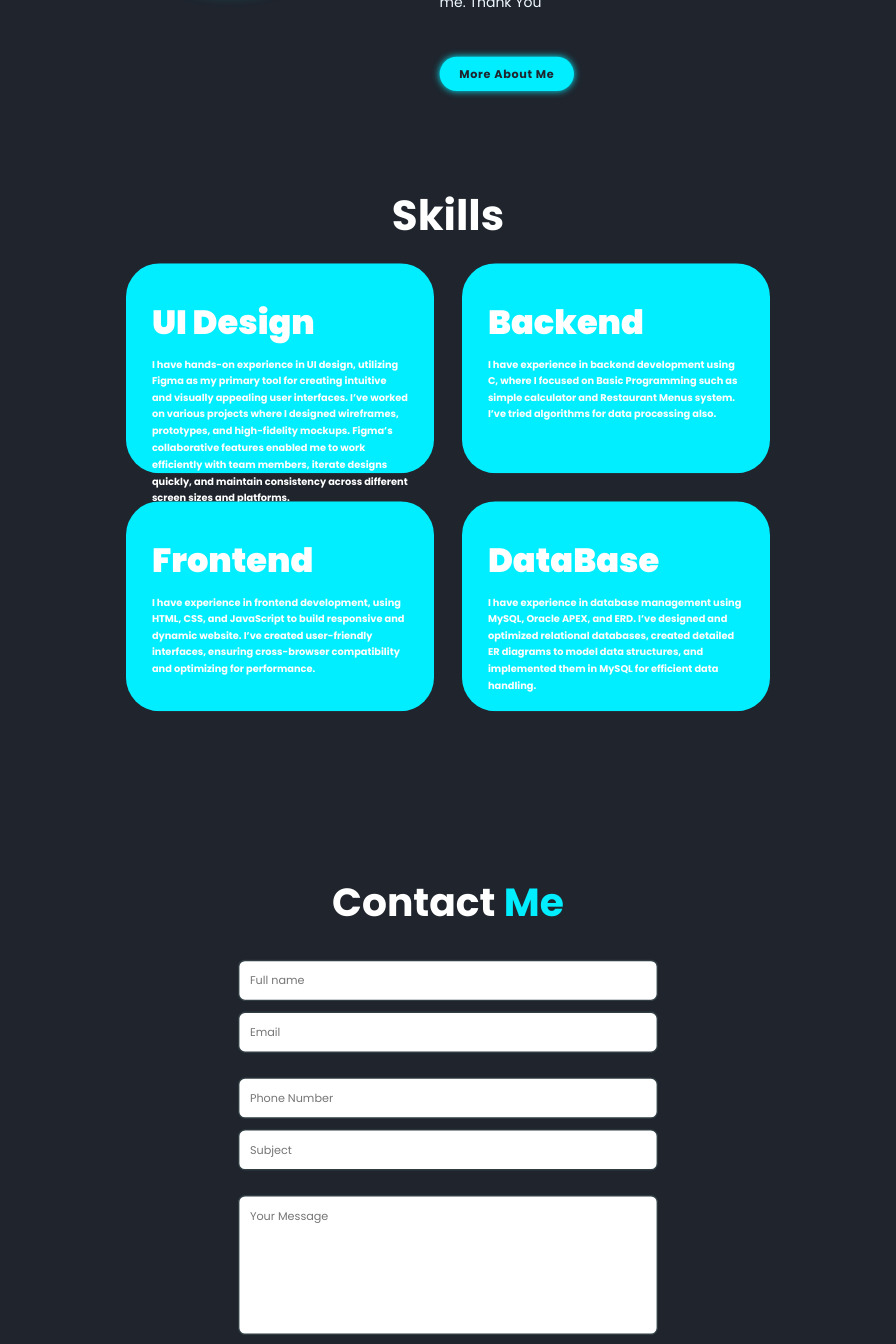
Repository: Olovrelvino/personalWebsite-HtmlCssJs-project
Page: main.html
These files come from the project's save history. The page is drawn as it stood at one moment and after a run of saves; the edit follows.
The browser window is 1280 px wide. The pictures show the part of the page from y = 1263 to 3183 px (the page is 3573 px tall before and 3513 px after), at 70% of full size.
Some web libraries are served in a nearby version.

Above is the page before, as saved 2024-09-23 22:55:30.

### main.html
<!DOCTYPE html>
<html lang="en">
<head>
    <meta charset="UTF-8">
    <meta name="viewport" content="width=device-width, initial-scale=1.0">
    <title>Oliver's Portofolio</title>
    <link href='https://unpkg.com/boxicons@2.1.4/css/boxicons.min.css' rel='stylesheet'>
    <link rel="stylesheet" href="style.css">
</head>

<body>

    <!-- NAVBAR SECTION -->
    <header class="header">
        <a href="#" class="logo">Portofolio.</a>

        <nav class="navbar">
          <div class="hamburger-menu">
            <div class="bar"></div>
            <div class="bar"></div>
            <div class="bar"></div>
          </div>
          <ul class="nav-menu">
            <li><a href="#home" class="nav-links" style="--i:1;">Home</a></li>
            <li><a href="#about" class="nav-links" style="--i:2;">About</a></li>
            <li><a href="#Skills" class="nav-links" style="--i:3;">Skills</a></li>
            <li><a href="portofolio.html" class="nav-links" style="--i:4;">Portofolio</a></li>
            <li><a href="#contact" class="nav-links" style="--i:5;">Contact</a></li>
          </ul>
        </nav>
      </header>

      <!-- HOME SECTION -->
      <section id="home" class="section home">
        <div class="home-content">
          <h3>Hi, It's your boy</h3>
          <h1>Oliver Elvino Putra Pratama</h1>
          <h3>And I'm a <span class="multiple-text"></span></h3>
          <p>Hello guys, How's it going, it's your boy Oliver. Welcome to my personal website. This website will tell you about my portfolio, my background stories, and more. So once again welcome to my website and don't forget to follow me on social media. Nice to meet ya!</p>
          <div class="social-media">
            <a href="#" style="--i:7;"><i class="bx bxl-facebook"></i></a>
            <a href="#" style="--i:8;"><i class='bx bxl-discord-alt'></i></a>
            <a href="#" style="--i:9;"><i class="bx bxl-instagram"></i></a>
            <a href="#" style="--i:10;"><i class="bx bxl-linkedin"></i></a>
          </div>
          <a href="#" class="btn">Visit Works</a>
        </div>
        <div class="home-img">
          <img src="imagePW.png" alt="Oliver Elvino">
        </div>
      </section>

    <!-- ABOUT SECTION -->
     <section class="about" id="about">
        <div class="about-img">
            <img src="vino2.jpg">
        </div>
        <div class="about-text">
            <h2>About <span>Me</span></h2>
            <h4>Oliver Elvino Putra Pratama</h4>
            <P>Hello Let me introduce myself, my name is Oliver Elvino Putra Pratama, you can call me Vino or Oliver.
                So I'm a Student of University Christian Satya Wacana, this is my third year on college. What did I learn? I learn so many things about IT major,
                basically such as Webiste Programing, Human Computer Intercation, Object Oriented Programing,
                Machine Learning, Deep Learning, and etc. And now I'm focus on Data Science major, because I think data is very important but
                beside that I also learning about frontend, such like this things, is literally fun and satisfy. I think that's enough about me. Thank You
            </P>
            <a href="#" class="btn-content">More About Me</a>
        </div>
     </section>

     <!-- SKILLS SECTION -->
     <section class="Skills" id="Skills">
        <div class="skills-text">
            <h2>Skills</h2>
        </div>

        <div class="Skills-container">
            <div class="Skills-box">
                <div class="Skills-info">
                    <h4>UI Design</h4>
                    <p>I have hands-on experience in UI design, utilizing Figma as my primary tool for creating intuitive and visually appealing user interfaces.
                        I’ve worked on various projects where I designed wireframes, prototypes, and high-fidelity mockups. Figma’s collaborative features enabled me to work efficiently with team members,
                        iterate designs quickly, and maintain consistency across different screen sizes and platforms.
                    </p>
                </div>
            </div>

            <div class="Skills-box">
                <div class="Skills-info">
                    <h4>Backend</h4>
                    <p>I have experience in backend development using C,
                        where I focused on Basic Programming such as simple calculator and Restaurant Menus system.
                        I’ve tried algorithms for data processing also.
                    </p>
                </div>
            </div>

            <div class="Skills-box">
                <div class="Skills-info">
                    <h4>Frontend</h4>
                    <p>
                        I have experience in frontend development, using HTML, CSS, and JavaScript to build responsive and dynamic website.
                        I’ve created user-friendly interfaces, ensuring cross-browser compatibility and optimizing for performance.
                    </p>
                </div>
            </div>

            <div class="Skills-box">
                <div class="Skills-info">
                    <h4>DataBase</h4>
                    <p>
                        I have experience in database management using MySQL, Oracle APEX, and ERD.
                        I’ve designed and optimized relational databases, created detailed ER diagrams to model data structures,
                        and implemented them in MySQL for efficient data handling.
                    </p>
                </div>
            </div>
        </div>
     </section>

     <!-- CONTACT SECTION -->
     <section class="contact" id="contact">
        <h2 class="heading">Contact <span class="highlight">Me</span></h2>

        <form action="">
            <div class="input-group">
                <div class="input-box">
                    <input type="text" placeholder="Full name">
                    <input type="email" placeholder="Email">
                </div>
                <div class="input-box">
                    <input type="number" placeholder="Phone Number">
                    <input type="text" placeholder="Subject">
                </div>
            </div>

            <div class="input-group-2">
                <textarea name="" id="" cols="30" rows="10" placeholder="Your Message"></textarea>
                <input type="submit" value="Send Message" class="btn-contact">
            </div>
        </form>
     </section>

     <!-- FOOTER SECTION -->
     <footer class="footer">
        <div class="social">
            <a href="#" style="--i:7;"><i class='bx bxl-instagram'></i></a>
            <a href="#" style="--i:8;"><i class='bx bxl-facebook' ></i></a>
            <a href="#" style="--i:9;"><i class='bx bxl-discord-alt' ></i></a>
            <a href="#" style="--i:10;"><i class='bx bxl-github'></i></a>
        </div>

        <ul class="list">
            <li>
                <a href="#">FAQ</a>
            </li>

            <li>
                <a href="#">About</a>
            </li>

            <li>
                <a href="#">Portfolio</a>
            </li>

            <li>
                <a href="#">Contact</a>
            </li>
            <p class="copyright">
                © Oliver Elvino | All Right Reserved
            </p>
        </ul>
     </footer>

    <script src="https://unpkg.com/typed.js@2.1.0/dist/typed.umd.js"></script>
    <script src="script.js"></script>
</body>
</html>

### style.css
@import url('https://fonts.googleapis.com/css?family=Poppins:400,700,900');

* {
    margin: 0;
    padding: 0;
    border: none;
    outline: none;
    scroll-behavior: smooth;
    box-sizing: border-box;
    font-family: 'Poppins', sans-serif;
}

body {
    background: #1f242d;
    color: #fff;
    overflow-x: hidden;

}

.header {
    position: fixed;
    top: 0;
    left: 0;
    width: 100%;
    padding: 15px 5%;
    background: rgba(0, 0, 0, 0.3);
    backdrop-filter: blur(10px);
    display: flex;
    justify-content: space-between;
    align-items: center;
    z-index: 100;
  }

  .logo {
    font-size: 1.5rem;
    color: #fff;
    text-decoration: none;
    font-weight: 600;
  }

  .navbar {
    display: flex;
    align-items: center;
  }

  .nav-menu {
    display: flex;
    list-style: none;
  }

  .nav-links {
    font-size: 1rem;
    color: #fff;
    text-decoration: none;
    font-weight: 500;
    margin-left: 35px;
    transition: .3s;
  }

  .nav-links:hover,
  .nav-links.active {
    color: #0ef;
  }

  .hamburger-menu {
    display: none;
    cursor: pointer;
  }

  .bar {
    display: block;
    width: 25px;
    height: 3px;
    margin: 5px auto;
    transition: all 0.3s ease-in-out;
    background-color: #fff;
  }

  @media screen and (max-width: 768px) {
    .hamburger-menu {
      display: block;
    }

    .hamburger-menu.active .bar:nth-child(2) {
      opacity: 0;
    }

    .hamburger-menu.active .bar:nth-child(1) {
      transform: translateY(8px) rotate(45deg);
    }

    .hamburger-menu.active .bar:nth-child(3) {
      transform: translateY(-8px) rotate(-45deg);
    }

    .nav-menu {
      position: fixed;
      left: -100%;
      top: 70px;
      gap: 0;
      flex-direction: column;
      background-color: rgba(0, 0, 0, 0.8);
      width: 100%;
      text-align: center;
      transition: 0.3s;
    }

    .nav-links {
      margin: 16px 0;
    }

    .nav-menu.active {
      left: 0;
    }
  }

  .home {
    min-height: 100vh;
    padding: 100px 5% 0;
    display: flex;
    justify-content: center;
    align-items: center;
    flex-direction: column-reverse;
  }

  .home-content {
    max-width: 100%;
    text-align: center;
  }

  .home-content h3 {
    font-size: 2rem;
    font-weight: 700;
    opacity: 0;
    animation: slideBottom 1s ease forwards;
    animation-delay: .7s;
  }

  .home-content h3 span {
    color:#0ef;
  }

  .home-content h3:nth-of-type(2) {
    margin-bottom: 20px;
    animation: slideTop 1s ease forwards;
    animation-delay: .7s;
  }

  .home-content h1 {
    font-size: 2.5rem;
    font-weight: 600;
    margin: 15px 0;
    opacity: 0;
    animation: slideRight 1s ease forwards;
    animation-delay: 1s;
  }

  .home-content p {
    font-size: 1rem;
    margin-bottom: 30px;
    opacity: 0;
    animation: slideLeft 1s ease forwards;
    animation-delay: 1s;
  }

  .home-img img {
    max-width: 300px;
    width: 100%;
    height: auto;
    border-radius: 50%;
    box-shadow: 0 0 10px #0ef;
    margin-bottom: 30px;
    opacity: 0;
    animation: zoomIn 1s ease forwards, floatImage 4s ease-in-out infinite;
    animation-delay: 2s, 3s;
  }

  .social-media {
    display: flex;
    justify-content: center;
    flex-wrap: wrap;
    margin-bottom: 20px;
  }

  .social-media a {
    display: inline-flex;
    justify-content: center;
    align-items: center;
    width: 40px;
    height: 40px;
    background: transparent;
    border: 2px solid #0ef;
    border-radius: 50%;
    font-size: 20px;
    color: #0ef;
    text-decoration: none;
    margin: 10px;
    transition: .5s ease;
    opacity: 0;
    animation: slideLeft 1s ease forwards;
    animation-delay: calc(.2s * var(--i));
  }

  .social-media a:hover {
    background: #0ef;
    color: #1f242d;
    box-shadow: 0 0 20px #0ef;
  }

  .btn {
    display: inline-block;
    padding: 12px 28px;
    background: #0ef;
    border-radius: 40px;
    box-shadow: 0 0 10px #0ef;
    font-size: 16px;
    color: #1f242d;
    letter-spacing: 1px;
    text-decoration: none;
    font-weight: 600;
    opacity: 0;
    animation: slideTop 1s ease forwards;
    animation-delay: 2s;
  }

  @media screen and (min-width: 768px) {
    .home {
      flex-direction: row;
      justify-content: space-between;
      text-align: left;
      padding: 100px 10% 0;
    }

    .home-content {
      max-width: 50%;
      text-align: left;
    }

    .home-content h1 {
      font-size: 3.5rem;
    }

    .home-content p {
      font-size: 1.1rem;
    }

    .home-img img {
      max-width: 400px;
      margin-bottom: 0;
    }

    .social-media {
      justify-content: flex-start;
    }
  }

  @media screen and (min-width: 1024px) {
    .home-content h1 {
      font-size: 4rem;
    }

    .home-content p {
      font-size: 1.2rem;
    }

    .home-img img {
      max-width: 450px;
    }
  }


.about {
    position: relative;
    width: 100%;
    height: 80vh;
    display: flex;
    justify-content: space-between;
    gap: 100px;
    align-items: center;
    padding: 10% 10% 0;
    padding-top: 10px;
}

.about-img img {
    margin-bottom: 30px;
    max-width: 400px;
    border-radius: 50%;
    box-shadow: 0 0 25px #0ef;
    cursor: pointer;
    transition: 0.4s ease-in-out;

}

.about-img img:hover {
    box-shadow: 0 0 25px #0ef,
                0 0 50px #0ef,
                0 0 100px #0ef;

}

.about-text h2 {
    font-size: 60px;
}

.about-text h2 span {
    color:#0ef;
}

.about-text h4 {
    font-size: 29px;
    font-weight: 600;
    color:#fff;
    line-height: 1.7;
    margin: 15px 0 30px;

}

.about-text p {
    color: aliceblue;
    font-size: 20px;
    line-height: 1.4;
    margin-bottom: 4rem;

}

.btn-content {
    display: inline-block;
    padding: 12px 28px;
    background: #0ef;
    border-radius: 40px;
    box-shadow: 0 0 10px #0ef;
    font-size: 16px;
    color: #1f242d;
    letter-spacing: 1px;
    text-decoration: none;
    font-weight: 600;
}

.Skills {
    margin: 180px;
}

.skills-text h2 {
    margin-bottom: 1.5rem;
    font-size: 60px;
    text-align: center;
    color: #fff;
}

.Skills-container {
    display: grid;
    grid-template-columns: repeat(2, 1fr);
    align-items: center;
    gap: 2.5rem;
}

.Skills-box {
    background-color:#0ef;
    height: 300px;
    border-radius: 3rem;
    border: 5px solid transparent;
    cursor: pointer;
    transition: 0.4s ease-in-out;
}

.Skills-box:hover {
    background: #fff;
    color:#1f242d;
    border: 5px solid #0ef;
    transform: scale(1.03);
}

.Skills-box .Skills-info {
    display: flex;
    flex-direction: column;
    text-align: left;
    max-height: 200px;
    justify-content: left;
    align-items: baseline;
    padding: 2rem 2rem;
}

.Skills-info h4 {
    font-size: 3rem;
    font-weight: 800;
    line-height: 2;
}

.Skills-info p {
    font-size: 14px;
    font-weight: 600;
    max-height: 100px;
    line-height: 1.7;
    margin: auto;
}

.contact {
    margin-top: 50px;
    padding: 50px 20px;
    text-align: center;
}

.contact .heading {
    font-size: 56px;
    margin-bottom: 40px;
    font-weight: 600;
}

.highlight {
    color:#0ef;
}

.input-group, .input-group-2 {
    display: block;
    width: 100%;
    max-width: 600px;
    margin: 0 auto;
}


.input-box {
    width: 100%;
    margin-bottom: 20px;
}

input, textarea {
    width: 100%;
    padding: 15px;
    font-size: 16px;
    margin-bottom: 15px;
    border: 2px solid #303d43;
    border-radius: 10px;
    box-sizing: border-box;
}


textarea {
    height: 200px;
    resize: none;
}


.btn-contact {
    display: block;
    width: 30%;
    padding: 15px;
    background-color: #0ef;
    font-size: 16px;
    border: none;
    border-radius: 5px;
    cursor: pointer;
    transition: 0.3s ease;
    margin-top: 10px;
}

.btn-contact:hover {
    color:#1f242d;
    box-shadow: 0 0 25px #0ef;
}

.footer {
    position: relative;
    bottom: 0;
    width: 100%;
    padding: 40px 0;
    background-color: rgba(0, 0, 0, 0.3);

}

.footer .social {
    text-align: center;
    padding-bottom: 25px;
    color: #0ef;

}

.footer .social a {
    font-size: 25px;
    color: #0ef;
    border: 2px solid #0ef;
    width: 42px;
    height: 42px;
    line-height: 42px;
    display: inline-block;
    text-align: center;
    border-radius: 50%;
    margin: 0 10px;
    transition: 0.3s ease-in-out;

}

.footer .social a:hover {
    transform: scale(1.2)translateY(-10px);
    background-color: #0ef;
    color:#1f242d;
    box-shadow: 0 0 25px #0ef;
}

.footer ul {
    margin-top: 0;
    padding: 0;
    font-size: 18px;
    line-height: 1.6;
    margin-bottom: 0;
    text-align: center;
}

.footer ul li a {
    color:#fff;
    border-bottom: 3px solid transparent;
    transition: 0.3s ease-in-out;
}

.footer ul li a:hover {
    border-bottom: 3px solid #0ef;
}

.footer ul li {
    display: inline-block;
    padding: 0 15px;
}

.footer .copyright {
    margin-top: 50px;
    text-align: center;
    font-size: 16px;
    color:#fff;
}


/* KEYFRAMES ANIMATION */
@keyframes slideRight {
    0% {
        transform: translateX(-100px);
        opacity: 0;
    }

    100% {
        transform: translateX(0);
        opacity: 1;
    }
}

@keyframes slideLeft {
    0% {
        transform: translateX(100px);
        opacity: 0;
    }

    100% {
        transform: translateX(0);
        opacity: 1;
    }
}

@keyframes slideTop {
    0% {
        transform: translateY(100px);
        opacity: 0;
    }

    100% {
        transform: translateY(0);
        opacity: 1;
    }
}

@keyframes slideBottom {
    0% {
        transform: translateY(-100px);
        opacity: 0;
    }

    100% {
        transform: translateY(0);
        opacity: 1;
    }
}

@keyframes zoomIn {
    0% {
        transform: scale(0);
        opacity: 0;
    }

    100% {
        transform: scale(1);
        opacity: 1;
    }
}

@keyframes floatImage {
    0% {
        transform: translateY(0);

    }
    50% {
        transform: translateY(-24px);

    }
    100% {
        transform: translateY(0);

    }
}

### script.js
var typed = new Typed(".multiple-text", {
    strings: ["Student of UKSW", "Information Technology Major", "Code Anthusiast"],
    typeSpeed: 100,
    backSpeed: 100,
    backDelay: 1000,
    loop: true
})

// document.querySelectorAll('.navbar a').forEach(anchor => {
//     anchor.addEventListener('click', function(e) {
//         const target = document.querySelector(this.getAttribute('href'));

//         // Remove 'active' class from all links
//         document.querySelectorAll('.navbar a').forEach(link => {
//             link.classList.remove('active');
//         });

//         // Add 'active' class to the clicked link
//         this.classList.add('active');

//         // Smooth scroll to the section (only if the target exists)
//         if (target) {
//             e.preventDefault();
//             target.scrollIntoView({
//                 behavior: 'smooth'
//             });
//         }
//     });
// });

// // Mendapatkan semua elemen section yang ditargetkan
// const sections = document.querySelectorAll('section');
// const navLinks = document.querySelectorAll('.navbar a');

// // Fungsi untuk mengubah tautan yang aktif
// function changeActiveNav() {
//     let index = sections.length;

//     // Loop untuk menentukan bagian halaman mana yang sedang di viewport
//     while (--index && window.scrollY + 100 < sections[index].offsetTop) {}

//     // Hapus class 'active' dari semua tautan
//     navLinks.forEach((link) => link.classList.remove('active'));

//     // Tambahkan class 'active' pada tautan yang sesuai dengan bagian halaman
//     navLinks[index].classList.add('active');
// }

// // Event listener ketika halaman discroll
// window.addEventListener('scroll', changeActiveNav);

// // Event listener untuk klik pada tautan navbar
// navLinks.forEach((link) => {
//     link.addEventListener('click', function() {
//         // Hapus class 'active' dari semua tautan
//         navLinks.forEach((link) => link.classList.remove('active'));

//         // Tambahkan class 'active' pada tautan yang diklik
//         this.classList.add('active');
//     });
// });

// // Deteksi apakah halaman Portfolio sedang dibuka
// if (window.location.href.includes('portofolio.html')) {
//     document.querySelector('.navbar a[href="portofolio.html"]').classList.add('active');
// }

// Mengambil semua link navigasi dan bagian
const sections = document.querySelectorAll('section');
const navLinks = document.querySelectorAll('.navbar a');

// Fungsi untuk menambahkan kelas 'active' ke link navigasi
window.onscroll = () => {
    let current = "";

    sections.forEach(section => {
        const sectionTop = section.offsetTop;
        const sectionHeight = section.clientHeight;

        // Memeriksa jika posisi scroll berada di dalam section
        if (pageYOffset >= sectionTop - sectionHeight / 3) {
            current = section.getAttribute('id'); // Mendapatkan id dari section yang aktif
        }
    });

    navLinks.forEach(link => {
        link.classList.remove('active'); // Menghapus class active dari semua link
        if (link.getAttribute('href').includes(current)) {
            link.classList.add('active'); // Menambahkan class active ke link yang sesuai
        }
    });
};

document.addEventListener('DOMContentLoaded', () => {
    const hamburger = document.querySelector('.hamburger-menu');
    const navMenu = document.querySelector('.nav-menu');

    hamburger.addEventListener('click', () => {
      hamburger.classList.toggle('active');
      navMenu.classList.toggle('active');
    });

    document.querySelectorAll('.nav-links').forEach(n => n.addEventListener('click', () => {
      hamburger.classList.remove('active');
      navMenu.classList.remove('active');
    }));
  });

After the next 2 saves:
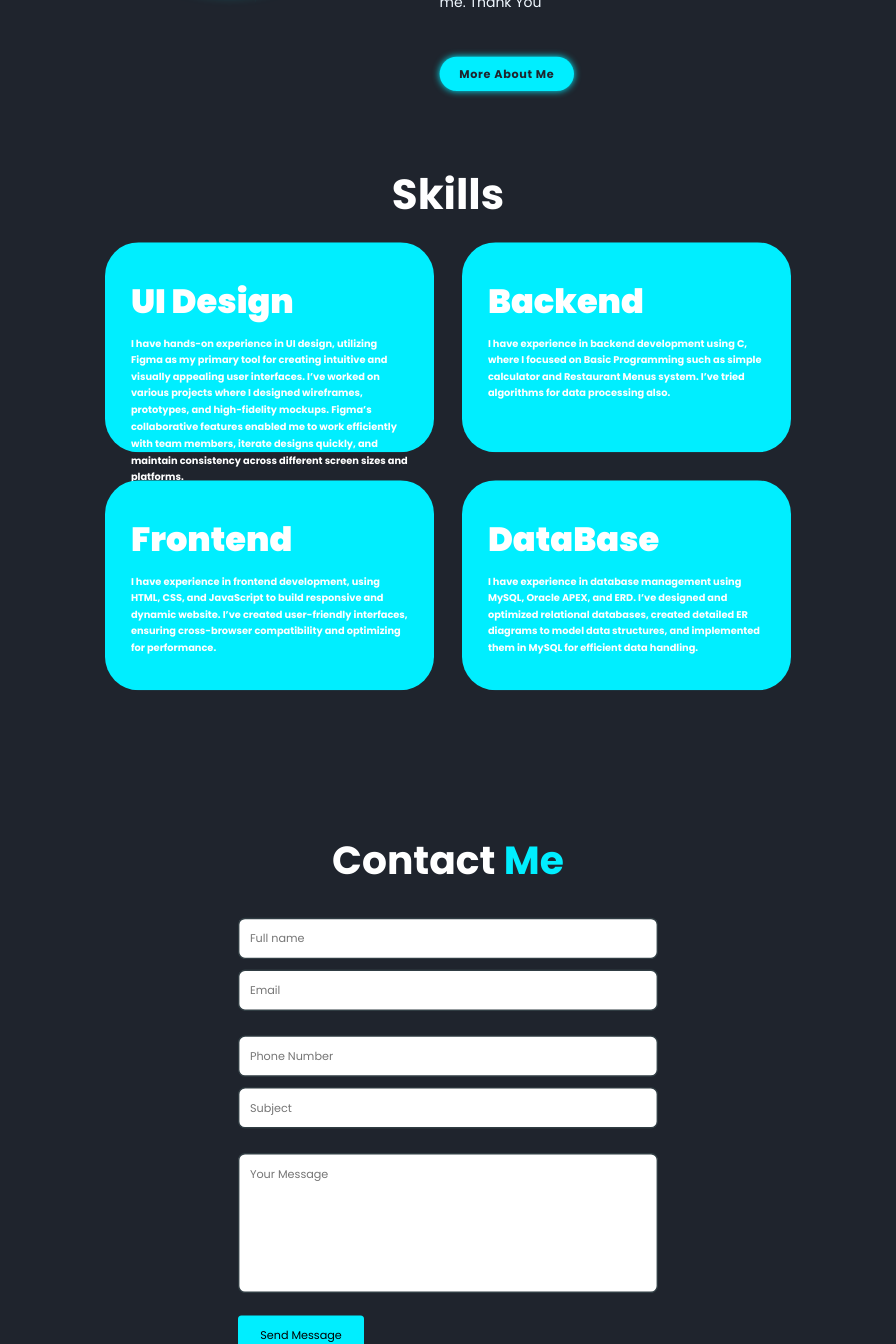
The 2 saves are shown as one change because they came seconds apart.
The last was saved 16 s later.
--- a/style.css
+++ b/style.css
@@ -337,7 +337,7 @@ body {
 }
 
 .Skills {
-    margin: 180px;
+    margin: 150px;
 }
 
 .skills-text h2 {
